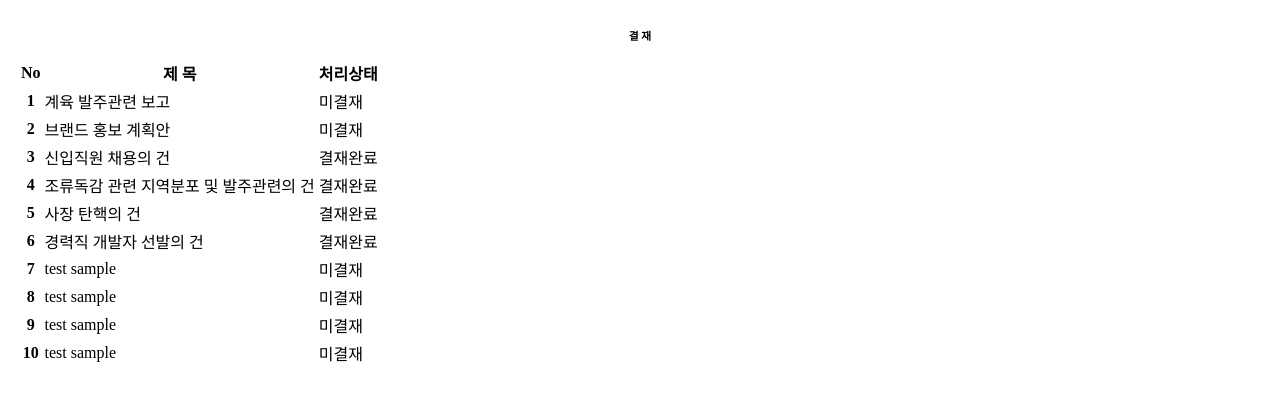
Repository: SikTeam/SikProject
Page: http://localhost/sik/WEB-INF/views/report/reportPreview.jsp
These files come from the project's save history. The page is drawn as it stood at one moment and after the next save; the edit follows.
The browser window is 1280 px wide. The pictures show the whole page.
The page is served by Tomcat 9. Nobody is signed in. The template is opened directly, without the code that normally fills it, so the values that code supplies are empty.

Above is the page before, as saved 2023-10-13 11:24:38.

After the next save:
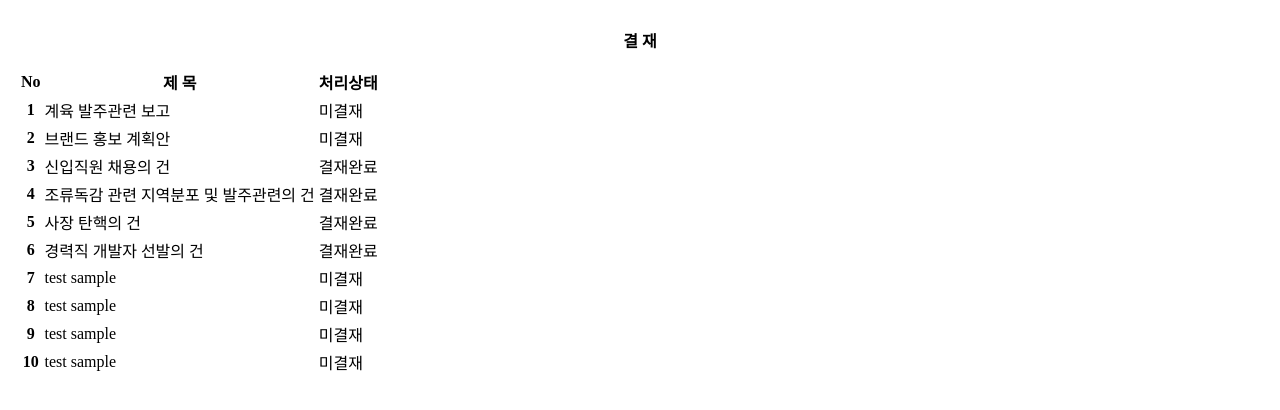
Saved 59 min 31 s later.
--- a/sik/src/main/webapp/WEB-INF/views/report/reportPreview.jsp
+++ b/sik/src/main/webapp/WEB-INF/views/report/reportPreview.jsp
@@ -8,7 +8,7 @@
 <body>
 <div class="table-responsive table-bordered" style="padding: 10px;">
 <table class="table table-hover border rounded-5">
-	<a><h6 style="text-align: center; margin-top:10px; margin-bottom:15px;">결 재</h6></a>
+	<a><h4 style="text-align: center; margin-top:10px; margin-bottom:15px;">결 재</h4></a>
   <thead class="table-dark">
     <tr>
       <th scope="col">No</th>
